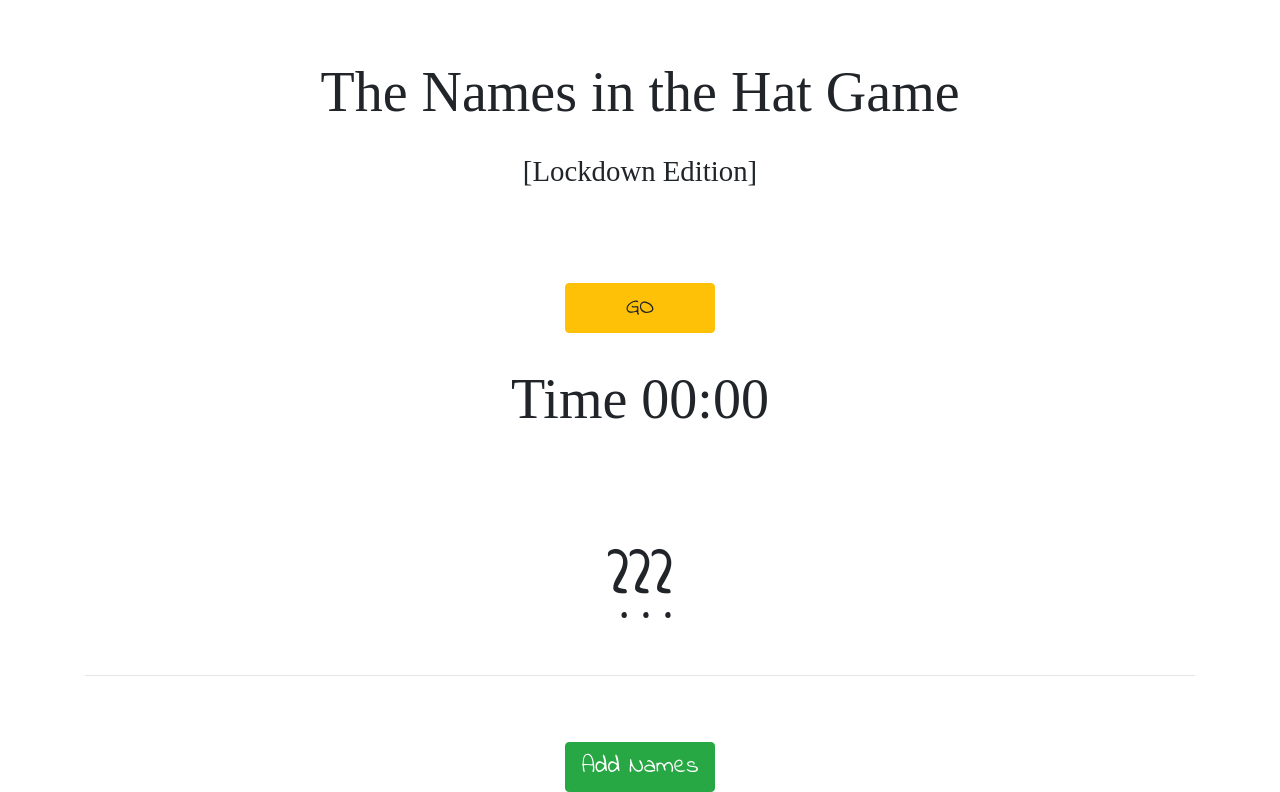
Repository: TaylorD1982/randomizer
Page: index.html
The author's editor kept a record of every edit. The page is drawn from the files as they stood at one moment, then again after the next edit.
The browser window is 1280 px wide. The pictures show the whole page.
Some web fonts or font styles are not loaded; a fallback is used. Some web libraries are served in a nearby version.

Above is the page before.
Console error: TypeError: Cannot read properties of null (reading 'addEventListener')

After the next edit:
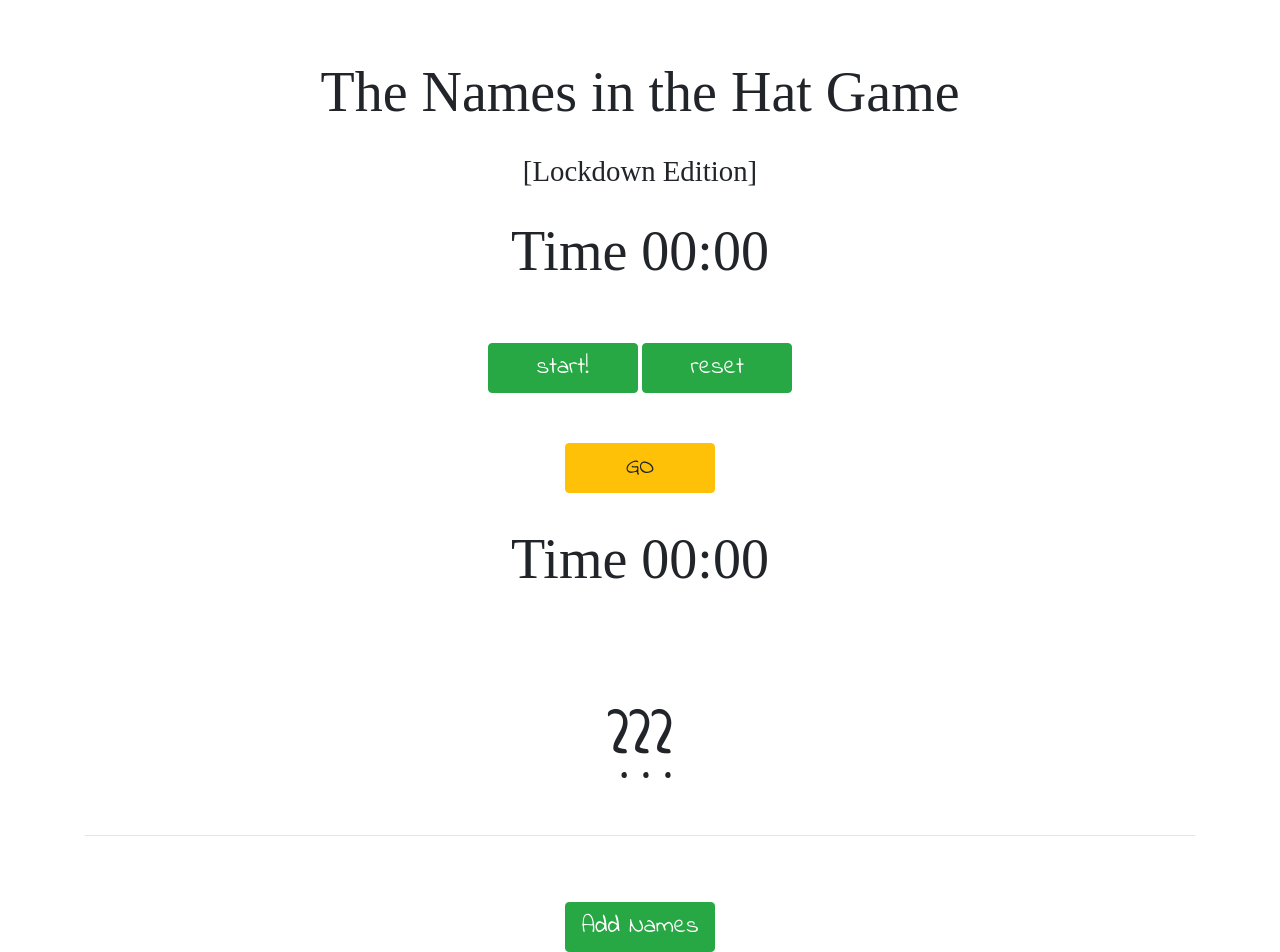
The edit:
--- a/index.html
+++ b/index.html
@@ -21,6 +21,9 @@
                     <P class="title">The Names in the Hat Game</P>
                     <P class="lock">[Lockdown Edition]</P>
                 </div>
+                <div class="title">Time <span class="timer-view">00:00</span></div>
+                <button class="start btn btn-success">start!</button>
+                <button class="reset btn btn-success">reset</button>
                 <br>
                 <button id="Button" type="button" class="btn btn-warning">
                       GO
